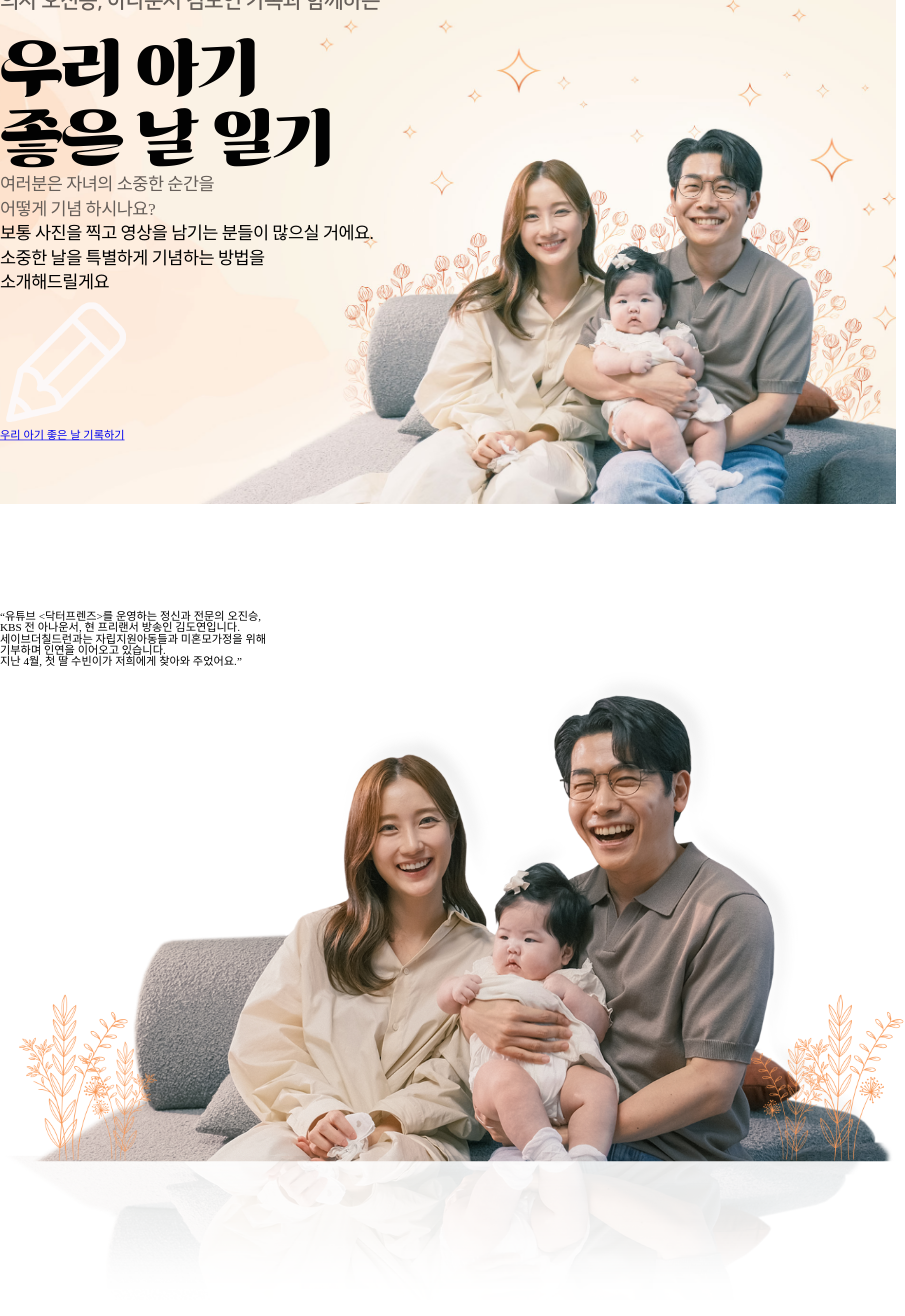
Repository: dlgywls1130/saveTheChildren
Page: index.html
An editor plug-in stored every save of this project. The page is shown before and after the next save, followed by the edit.
The browser window is 1280 px wide. The page is 1293 px wide, so the pictures cover 1293 px, including what lies to the right of the window. The pictures show the part of the page from y = 0 to 1880 px (the page is 9315 px tall), at 70% of full size.
The style sheet was rebuilt from its Sass, Less or Tailwind sources for each picture, by a compiler version that may differ from the author's.

Above is the page before, as saved 2024-11-01 20:51:32.

### index.html
<!DOCTYPE html>
<html lang="en">
<head>
    <meta charset="UTF-8">
    <meta name="viewport" content="width=device-width, initial-scale=1.0">
    <title>Document</title>

    <link rel="stylesheet" href="./css/common.css">
</head>
<body>

    <!-- main -->
    <section class="main_container">
        <div class="container">
            <div class="logo_title mb-60">
                <img src="./images/logo.png" alt="logo">
                <p>우리 아기 좋은 날 기부</p>
            </div>

            <p class="sub_title mb-30">
                의사 오진승, 아나운서 김도연 가족과 함께하는
            </p>

            <h2>우리 아기<br>좋은 날 일기</h2>

            <p class="sub_span_text">
                여러분은 자녀의 소중한 순간을<br>
                어떻게 기념 하시나요?
            </p>

            <p class="sub_descript">
                보통 사진을 찍고 영상을 남기는 분들이 많으실 거에요. <br>
                <span>소중한 날을 특별하게 기념하는 방법</span>을<br>
                소개해드릴게요
            </p>

            <a href="#" class="record_btn">
                <img src="/images/pencle.png" alt="pencle">
                <p>우리 아기 좋은 날 기록하기</p>
            </a>
        </div>
    </section>

    <!-- 스토리섹션 -->

    <section class="story_section">
        <div class="container">

            <!-- 영상 -->
            <video></video>

            <div class="story_01">
                <p class="s01">
                    “유튜브 <닥터프렌즈>를 운영하는 정신과 전문의 오진승,
                    <br>KBS 전 아나운서, 현 프리랜서 방송인 김도연입니다.
                </p>

                <p class="s01_1">
                    세이브더칠드런과는 자립지원아동들과 미혼모가정을 위해
                    <br>기부하며 인연을 이어오고 있습니다.
                </p>

                <p class="s01_2">
                    지난 4월, 첫 딸 수빈이가 저희에게 찾아와 주었어요.”
                </p>

                <img src="/images/s1_1.png" alt="story">
            </div>


            <div class="story_02">
                <div class="story02_01">
                    <div class="story_image">
                        <img src="/images/s2_1.png" alt="stroy">
                    </div>
                    <div class="story_text-contain">
                        <p class="story_text_01">
                            아이가 태어나고 많은 것이 바뀌었습니다.
                        </p>
                        <p class="story_text_02">
                            사실 저는 아이를 좋아하는 편은 아니었어요.
                            하지만 낳고 처음 마주하는 순간, 생각했어요.
                        </p>
                        <p class="story_text_03">
                            ‘천년의 사랑이 시작되었다.’
                        </p>

                        <p class="story_text_04">
                            지금은 힘들어도 아이 얼굴만 보면 웃음이 나와요.
                        </p>
                    </div>


                </div>
            </div>

            <div class="story_03">
                <div class="story03_01">
                    <div class="story_text-contain">
                        <p class="story_text_01">
                            자신의 자녀를 볼 때 나오는
                            <br>도파민의 양이
                            <br>마음에 드는 이성을 보았을 때
                            <br>나오는 도파민 양의 10배나 된대요.
                        </p>
                        <p class="story_text_02">
                            저는 현재에 안주하며 사는 편이었는데,
                            <br>딸이 태어난 후부터 삶에 대해 더 고민하며
                            <br>잘하려고 노력하게 되더라구요.
                        </p>
                        <p class="story_text_03">
                            아이가 삶의 원동력이 된 셈이죠.
                        </p>

                    </div>

                    <div class="story_image">
                        <img src="/images/s3_1.png" alt="stroy">
                    </div>



                </div>
            </div>

            <div class="story_04">
                <div class="story04_01">

                    <div class="story_image">
                        <img src="/images/s4_1.png" alt="stroy">
                    </div>

                    <div class="story_text-contain">
                        <p class="story_text_01">
                            요즘은 수빈이와 함께
                            <br>놀이터 갈 날을
                            <br>손꼽아 기다리고 있어요.
                        </p>
                        <p class="story_text_02">
                            아직 말귀도 못 알아듣는 아이한테
                            <br>“너 언제 커서 아빠랑 놀이터 갈래?”
                            <br>묻고는 하죠.
                        </p>

                    </div>

                </div>

                <div class="story04_02">

                    <div class="story_text-contain">
                        <p class="story_text_01">
                            한편으로는 아이를 정신없이 키우다 보니
                            <br>탄생의 순간이 희미해지고 있었어요.
                        </p>
                        <p class="story_text_02">
                            우리 아기 좋은 날 캠페인에 참여해서
                            <br>직접 <span>기념일 이야기를 담은 후원감사증서</span>를 받아보니,
                            <br>그때 생각이 나서 너무 좋았어요.
                        </p>

                    </div>

                    <div class="story_image">
                        <img src="/images/s4_2.png" alt="stroy">
                    </div>

                </div>
            </div>

            <div class="story_05">
                <div class="story_05_01">
                    <div class="img_story">
                        <img src="/images/s5_1.png">
                    </div>
                    <div class="story_text">
                        “아이가 건강하게 발달단계를 해내는
                        <br>소중한 순간에 기부를 하면
                        <br>수빈이가 더 건강하고,행복하게
                        <br>자라게 되지 않을까요?
                        <br>
                        <br>소중한 순간마다 기부하고
                        <br>앨범처럼 남겨서 보여주면
                        <br>자랑스러운 부모가 될 것 같아요”
                    </div>
                </div>

                <div class="story_05_02">

                    <div class="story_text">
                        “저는 칭찬 받거나 스스로에게 자부심을
                        <br>느낀 순간은 오래 기억된다고 생각해요.
                        <br>
                        <br>내 아이에게 ‘네가 첫 양치질을 잘 해낸
                        <br>기념으로  다른 친구를 도왔어.’ 라고
                        <br>말해준다면 그 뿌듯함을 밑거름으로
                        <br>자기 자신과 다른 사람 모두 사랑할 수 있는
                        <br>아이로 성장하지 않을까요?”
                    </div>

                    <div class="img_story">
                        <img src="/images/s5_2.png">
                    </div>

                </div>


                <div class="middle_cotain">
                    <p>첫 걸음마, 첫돌, 처음 엄마 아빠를 부른 날, 처음 비를 맞아본 날,
                    처음 놀이터에 간 날, 그 소중한 순간을 기부로 기록해 보세요.</p>

                    <p>후원해주신 모든 분들께 직접 작성한 기념일 이야기가 담긴 <span>후원감사증서</span>를 드리며,
                    30만원 이상 후원해 주신 분들께는 이름을 수놓은 <span>순면거즈블랭킷</span>을 증정하고 있습니다. </p>

                    <div class="middle_image">
                        <div class="middel_left">
                            <img src="/images/s6_1.png">
                        </div>
                        <div class="middel_right">
                            <img src="/images/s6_2.png">
                        </div>

                        <img src="" class="float_image">
                    </div>


                    <a href="#" class="record_btn">
                        <img src="/images/pencle.png" alt="pencle">
                        <p>우리 아기 좋은 날 기록하기</p>
                    </a>
                </div>



            </div>

        </div>


    </section>

    <!-- 후원신청 과정 -->

    <section class="sponsor_section">
        <div class="container">

            <div class="sponsor-container">
                <h2>후원신청 과정</h2>

                <div class="sponsor_list">
                    <div class="sponsor_list_inner">
                        <div class="list-inner-img">
                            <img src="">
                        </div>
                        <p>후원신청하기</p>

                    </div>
                    <span class="arrow-img"><img src=""></span>
                    <div class="sponsor_list_inner">
                        <div class="list-inner-img">
                            <img src="">
                        </div>
                        <p>후원감사증서<br>메시지 적기</p>

                    </div>
                    <span class="arrow-img"><img src=""></span>
                    <div class="sponsor_list_inner">
                        <div class="list-inner-img">
                            <img src="">
                        </div>
                        <p>신청완료</p>

                    </div>
                    <span class="arrow-img"><img src=""></span>
                    <div class="sponsor_list_inner">
                        <div class="list-inner-img">
                            <img src="">
                        </div>
                        <p>후원감사증서 발송<br>(1주일이내)</p>

                    </div>
                </div>

                <p class="info-span">30만원 이상 후원자 분들께는 순면거즈블랭킷 제작을 위한 문자가 별도 발송됩니다. (후원 2-3일 이내)</p>
            </div>


            <div class="sponsor-inner">
                <h2>후원금, 이렇게 쓰여요!</h2>

                <p>
                    세이브더칠드런은 국내외 아동을 대상으로
                    생계지원, 의료지원,  영유아용품지원, 재해재난 상황에서의
                    긴급구호 등의 활동을 진행하고 있습니다.

                    보내주신 후원금은 정치, 종교, 인종에 관계없이
                    모든 아이들을 구해야 한다는  세이브더칠드런의 신념에 따라
                    가장 도움 필요한 아이를 위해 우선 사용됩니다.

                </p>

                <img src="/images/baby.png">
            </div>
        </div>

    </section>

    <!-- faq -->
    <section class="faq_section">
        <div class="container">
            <h2>FAQ</h2>

            <ul class="faq_list">
                <li>
                    <div class="faq_question">
                        <img src="/images/leaves.png">
                        <p>30만원 이상 후원했습니다. 거즈 순면 블랭킷은 언제 오나요?</p>
                    </div>
                    <div class="faq_answer">
                        우리 아기 좋은 날 기부로 30만원 이상 후원자님들께는 담요에 수놓을 아기 이름과 선물 수령 주소
                        확인을 위한 문자가 발송됩니다. 02-6900-4479로 발송되는 문자 속 설문조사에 답해주세요.
                        확인을 완료하신 분들께는 블랭킷 제작을 담당하고 있는 조니 스튜디오에서 아기 이름 자수
                        작업 완료 후 배송해 드립니다.

                    </div>
                </li>
                <li>
                    <div class="faq_question">
                        <img src="/images/leaves.png">
                        <p>순면 거즈 블랭킷, 안전한 제품인가요? </p>
                    </div>
                    <div class="faq_answer">
                        본 블랭킷은 워싱된 3중 거즈로 제작되었으며, KC안전검사를 완료하였습니다.
                        소재 특성상 섬유 조각이 발생할 수 있어 망에 넣지 않고 3번 정도 물빨래 하시는 것을 권장합니다.

                    </div>
                </li>
                <li>
                    <div class="faq_question">
                        <img src="/images/leaves.png">
                        <p>순면 거즈 블랭킷을 받았는 데 하자가 있어요. 어떻게 해야 하나요? </p>
                    </div>
                    <div class="faq_answer">
                        물품에 동봉된 조니스튜디오 연락처로 연락 부탁드립니다. 하자 물품에 대한 교환은 수령일로부터
                        7일 이내에 조니스튜디오에 연락해주셔야 하며, 이로 인한 후원금 환불은 어렵습니다.

                    </div>
                </li>
                <li>
                    <div class="faq_question">
                        <img src="/images/leaves.png">
                        <p>후원감사증서에 넣을 수 있는 사진 사이즈는 얼마인가요?</p>
                    </div>
                    <div class="faq_answer">
                        사진 인화 사이즈 5*7 인치에 맞추어서 제작되었습니다.  그보다 작은 사진일 경우,
                        후원감사증서  내부의 주머니에 넣어 보관하실 수도  있습니다.

                    </div>
                </li>
            </ul>
        </div>
    </section>
</body>
</html>

### css/common.scss
// Reset CSS
@mixin reset {

    html,
    body,
    div,
    span,
    applet,
    object,
    iframe,
    h1,
    h2,
    h3,
    h4,
    h5,
    h6,
    p,
    blockquote,
    pre,
    a,
    abbr,
    acronym,
    address,
    big,
    cite,
    code,
    del,
    dfn,
    em,
    img,
    ins,
    kbd,
    q,
    s,
    samp,
    small,
    strike,
    strong,
    sub,
    sup,
    tt,
    var,
    b,
    u,
    i,
    center,
    dl,
    dt,
    dd,
    ol,
    ul,
    li,
    fieldset,
    form,
    label,
    legend,
    table,
    caption,
    tbody,
    tfoot,
    thead,
    tr,
    th,
    td,
    article,
    aside,
    canvas,
    details,
    embed,
    figure,
    figcaption,
    footer,
    header,
    hgroup,
    menu,
    nav,
    output,
    ruby,
    section,
    summary,
    time,
    mark,
    audio,
    video {
        margin: 0;
        padding: 0;
        border: 0;
        font-size: 100%;
        font: inherit;
        vertical-align: baseline;
    }

    /* HTML5 display-role reset for older browsers */
    article,
    aside,
    details,
    figcaption,
    figure,
    footer,
    header,
    hgroup,
    menu,
    nav,
    section {
        display: block;
    }

    body {
        line-height: 1;
    }

    ol,
    ul {
        list-style: none;
    }

    blockquote,
    q {
        quotes: none;

        &:before,
        &:after {
            content: '';
            content: none;
        }
    }

    table {
        border-collapse: collapse;
        border-spacing: 0;
    }
}


$font-path: '../fonts/';


$font-weights: (
    'regular': 400,
    'medium': 500,
    'semi-bold':600,
    'bold': 700
);


// 폰트 패밀리 변수 설정
$font-families: (
  'maru': ('MaruBuri', serif),
  'nanum': ('NanumSquare', sans-serif),
  'nanum-neo': ('NanumSquare Neo', sans-serif),
  'okgung': ('OKGUNG', serif)
);


// MaruBuri 폰트
@font-face {
  font-family: 'MaruBuri';
  font-weight: 400;
  font-style: normal;
  font-display: swap;
  src: url('#{$font-path}MaruBuri-Regular.woff2') format('woff2'),
       url('#{$font-path}MaruBuri-Regular.ttf') format('truetype');
}

// NanumSquare 폰트군
@font-face {
  font-family: 'NanumSquare';
  font-weight: 400;
  font-style: normal;
  font-display: swap;
  src: url('#{$font-path}NANUMSQUAREB.TTF') format('truetype'),
       url('#{$font-path}NANUMSQUAREL.TTF') format('truetype');
}

// NanumSquare Neo
@font-face {
    font-family: 'NanumSquare';
    font-weight: map-get($font-weights, 'regular');
    font-style: normal;
    font-display: swap;
    src: url('#{$font-path}NANUMSQUAREL.TTF') format('truetype');
}

@font-face {
    font-family: 'NanumSquare';
    font-weight: map-get($font-weights, 'medium');
    font-style: normal;
    font-display: swap;
    src: url('#{$font-path}NANUMSQUAREM.TTF') format('truetype');
}

@font-face {
    font-family: 'NanumSquare';
    font-weight: map-get($font-weights, 'semi-bold');
    font-style: normal;
    font-display: swap;
    src: url('#{$font-path}NANUMSQUARESB.TTF') format('truetype');
}

@font-face {
    font-family: 'NanumSquare';
    font-weight: map-get($font-weights, 'bold');
    font-style: normal;
    font-display: swap;
    src: url('#{$font-path}NANUMSQUAREB.TTF') format('truetype');
}

// OKGUNG 폰트
@font-face {
  font-family: 'OKGUNG';
  font-weight: normal;
  font-style: normal;
  font-display: swap;
  src: url('#{$font-path}OKGUNG.woff2') format('woff2'),
       url('#{$font-path}OKGUNG.ttf') format('truetype');
}

@mixin font($family, $size: 16px, $weight: 400) {
    font-family: map-get($font-families, $family);
    font-size: $size;
    font-weight: $weight;
  }





// Container
$container-width: 1315px;

// Colors
$colors: (
    'gray': #535353,
    'black': #020202,
    'brown': #665f5a,
    'teal': #00b2a9,
    'red': #ea4120,
    'bronze': #a56839,
    'olive': #727464,
    'sage': #858770
);

// Margins
$margins: (
    'mb-30': 30px,
    'mb-40': 30px,
    'mb-50': 50px,
    'mb-60': 60px,
    'mb-75': 75px,
    'mb-80' : 80px,
);

// Container Mixin
@mixin container {
    max-width: $container-width;
    margin: 0 auto;
    width: 100%;
}

// Margin Mixins
@each $name, $value in $margins {
    .#{$name} {
        margin-bottom: $value;
    }
}

// Apply Reset
@include reset;


// Base Container
.container {
    @include container;
}

// main

.main_container {
    background: url('/images/main_bg.jpg') no-repeat;
    width: 100vw;
    height: 100vh;
    background-size: cover;
    background-position: center;

    .container {
        display: flex;
        flex-direction: column;
        justify-content: flex-end;
        height: 100%;
        padding: 90px 0;
        box-sizing: border-box;
        .logo_title{
            display: flex;
            align-items: center;
            gap: 10px;
            img{
                width: 218px;
                height: auto;
            }

            p{
                color: #fff;
                font-size: 20px;
                background: url('/images/main_banner.png') no-repeat;
                border-radius: 5px;
                display: flex;
                align-items: center;
                justify-content: center;
                width: 188px;
                height: 33px;
                letter-spacing: -0.06em;
            }

        }

        .sub_title{
            letter-spacing: -0.03em;
            color: map-get($colors, 'brown');
            @include font('nanum', 30px, map-get($font-weights, 'bold'));
        }

        h2{
            line-height: 100px;
            letter-spacing: -0.03em;
            color: map-get($colors, 'black');
            @include font('okgung', 90px, map-get($font-weights, 'regular'));
        }

        .sub_span_text{
            color: map-get($colors, 'brown');
            font-size: 25px;
            letter-spacing: -0.03em;
            line-height: 35px;
        }

        .sub_descript{
            line-height: 35px;
            font-size: 25px;
            letter-spacing: -0.03em;
        }

        .record_btn{

        }
    }
}

After the next save:
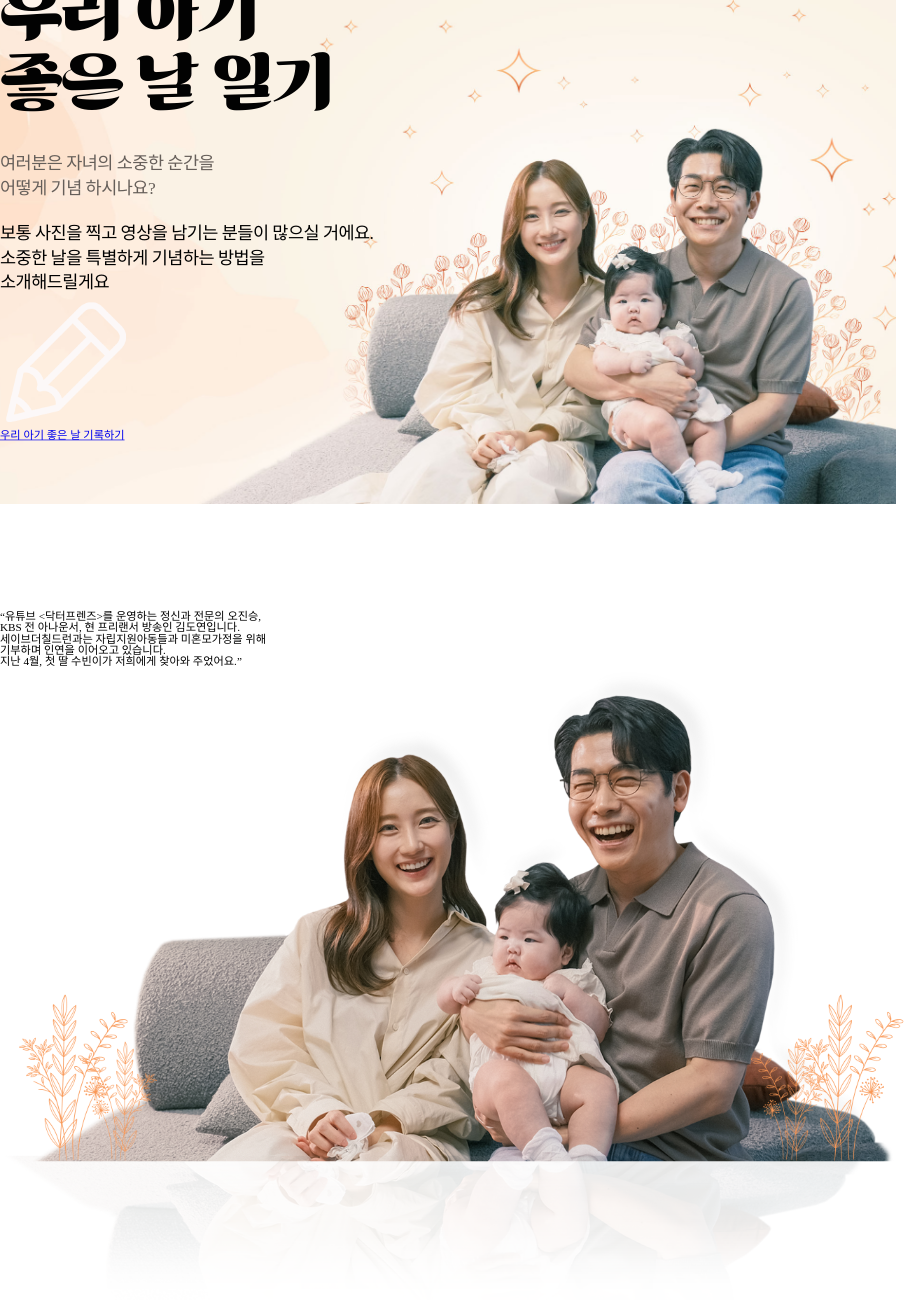
Saved 13 s later.
--- a/index.html
+++ b/index.html
@@ -21,9 +21,9 @@
                 의사 오진승, 아나운서 김도연 가족과 함께하는
             </p>
 
-            <h2>우리 아기<br>좋은 날 일기</h2>
-
-            <p class="sub_span_text">
+            <h2 class="mb-50">우리 아기<br>좋은 날 일기</h2>
+
+            <p class="sub_span_text mb-40">
                 여러분은 자녀의 소중한 순간을<br>
                 어떻게 기념 하시나요?
             </p>
